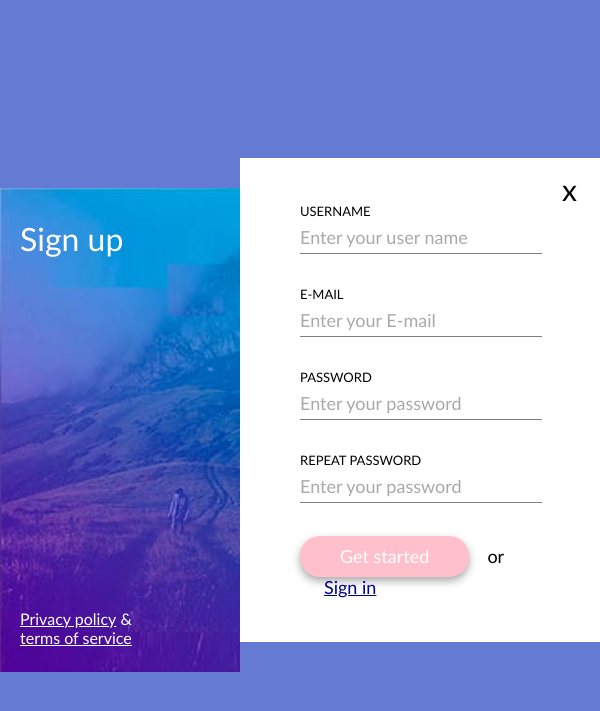
Repository: RugileG/registracijos-forma
Page: index.html
These files come from the project's save history. The page is drawn as it stood at one moment and after a run of saves; the edit follows.
The browser window is 600 px wide. The pictures show the whole page.

Above is the page before, as saved 2021-05-19 10:41:04.

After the next 2 saves:
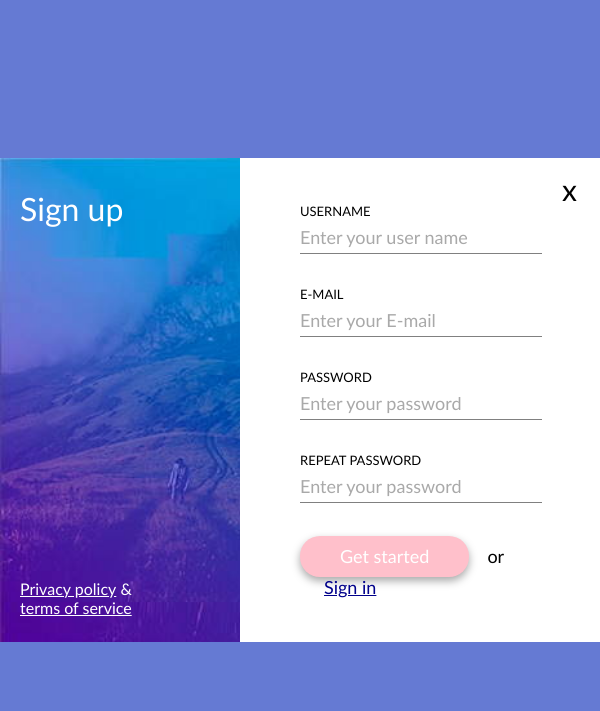
The 2 saves are shown as one change because they came seconds apart.
The last was saved 10 s later.
--- a/index.html
+++ b/index.html
@@ -162,6 +162,7 @@
             .left-column-container {
                 height: 100%;
                 padding-left: 20px;
+                margin-top: 0;
             }
         }
 
